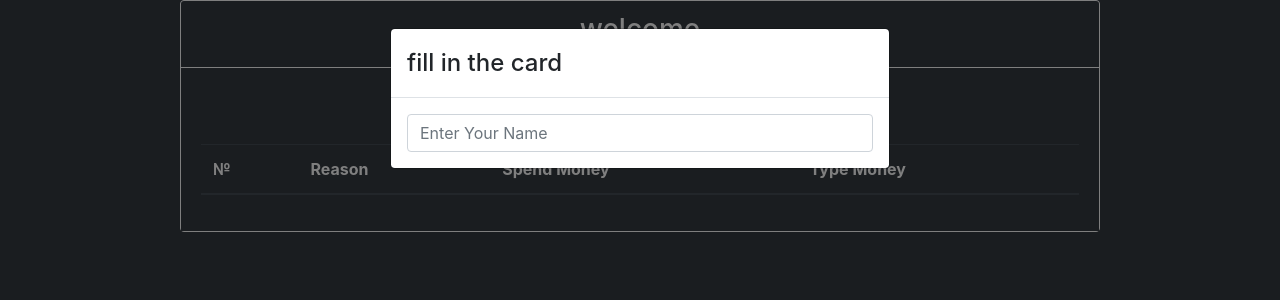
Repository: surefaceJS/allMyWorkInaliLinux
Page: hardcha/index.html
An editor plug-in stored every save of this project. The page is shown before and after the next save, followed by the edit.
The browser window is 1280 px wide. The pictures show the whole page.

Above is the page before, as saved 2021-04-19 12:29:05.

After the next save:
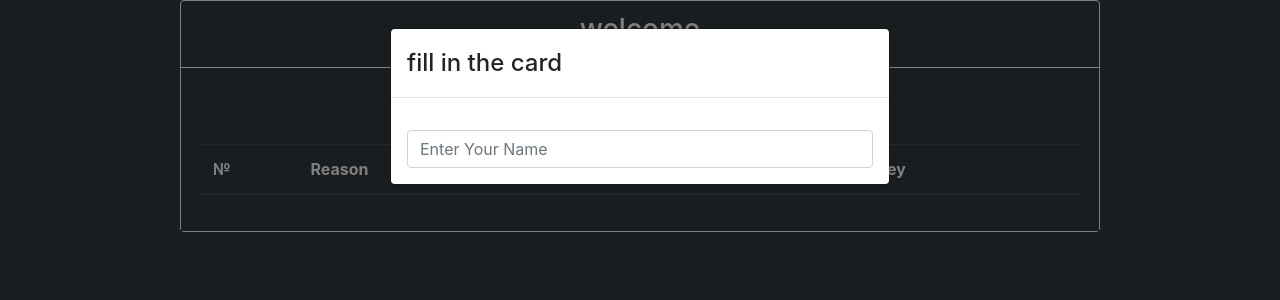
Saved 5 s later.
--- a/hardcha/index.html
+++ b/hardcha/index.html
@@ -31,7 +31,7 @@
 
                     <!-- Modal body -->
                     <div class="modal-body">
-                        <input type="text" class="form-control" id="userName" placeholder="Enter Your Name">
+                        <input type="text" class="form-control mt-3" id="userName" placeholder="Enter Your Name">
                     </div>
 
                 </div>
